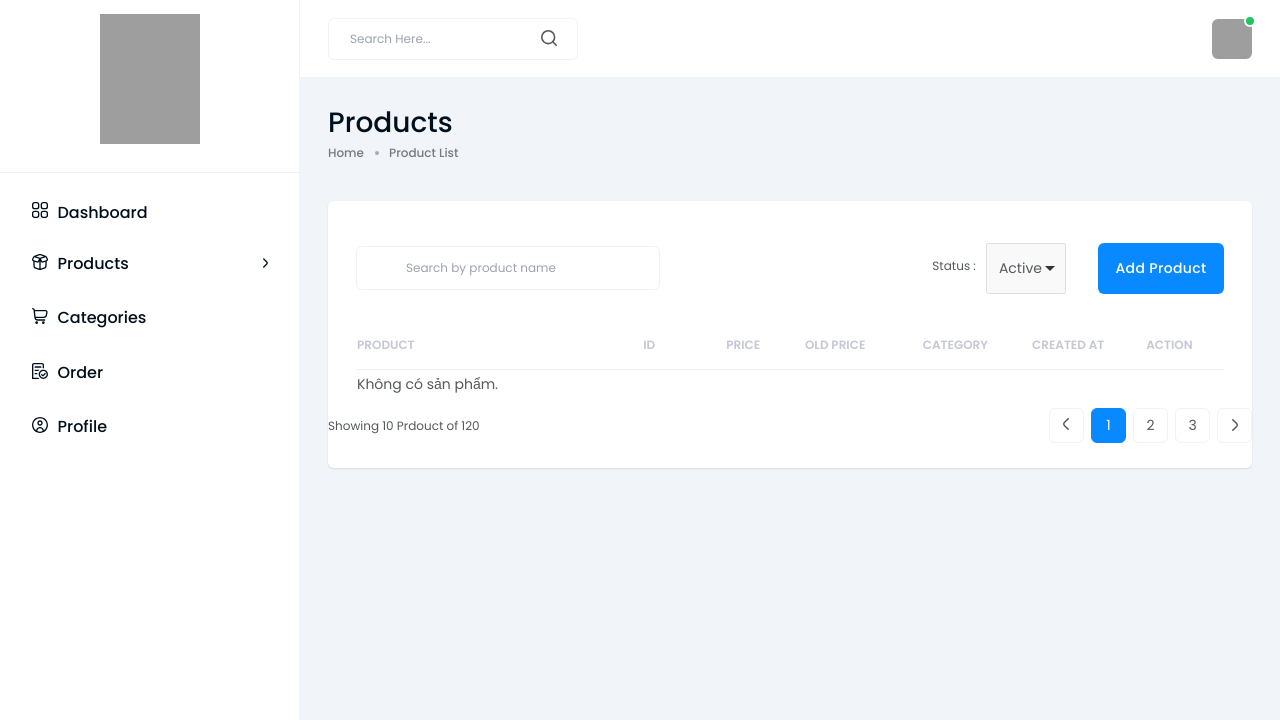
Repository: tienaq123/DuAn_1
Page: http://localhost/Duan1/Admin/product-list.php
The author's editor kept a copy of each file at every save. The page is drawn from the files as they stood at one save, then again after the next save.
The browser window is 1280 px wide. The pictures show the whole page.
Pictures or frames that could not be fetched are drawn as grey boxes. The page is run by PHP 8.4 with error messages shown; the project is at /var/www/html/. Queries for data that is not in the repository find no rows.

Above is the page before, as saved 2023-07-24 15:29:13.

After the next save:
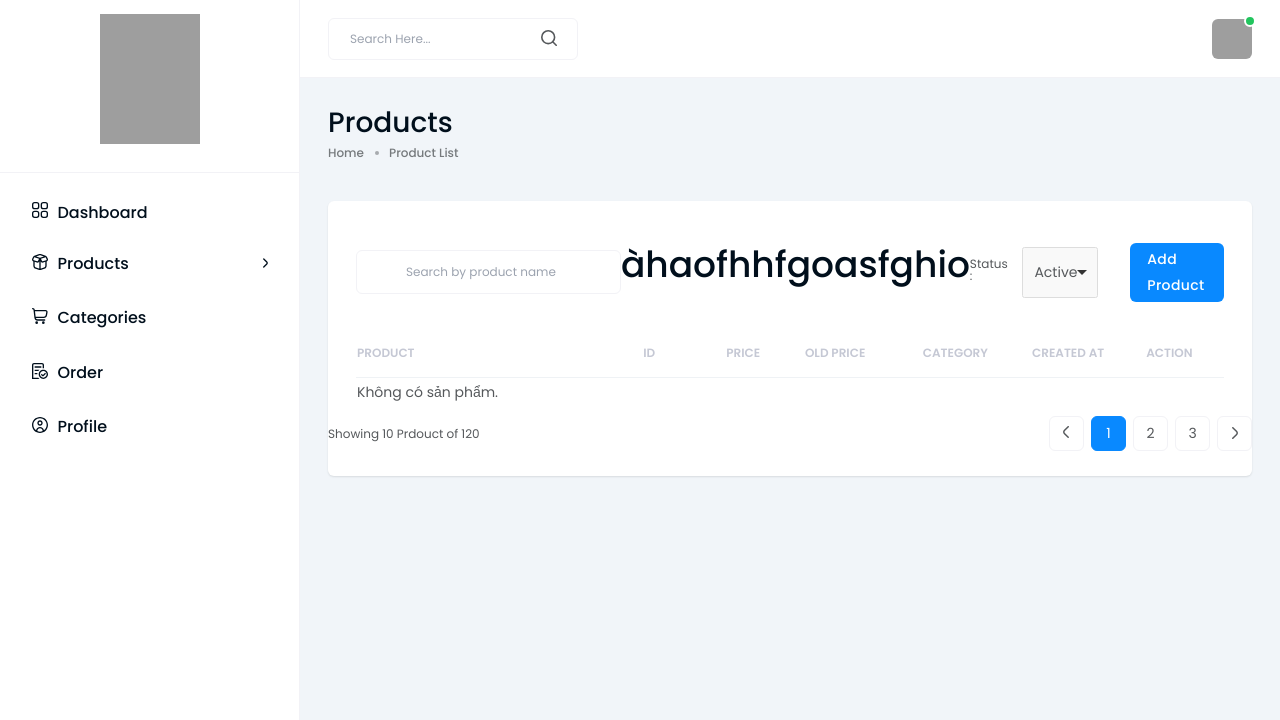
Saved 37 s later.
--- a/Admin/product-list.php
+++ b/Admin/product-list.php
@@ -160,6 +160,7 @@
 
             <div id="searchResults">
               <!-- Danh sách sản phẩm tìm thấy sẽ được hiển thị ở đây -->
+              <h2>àhaofhhfgoasfghio</h2>
             </div>
             <!--  -->
             <script>

After the 2 saves that followed:
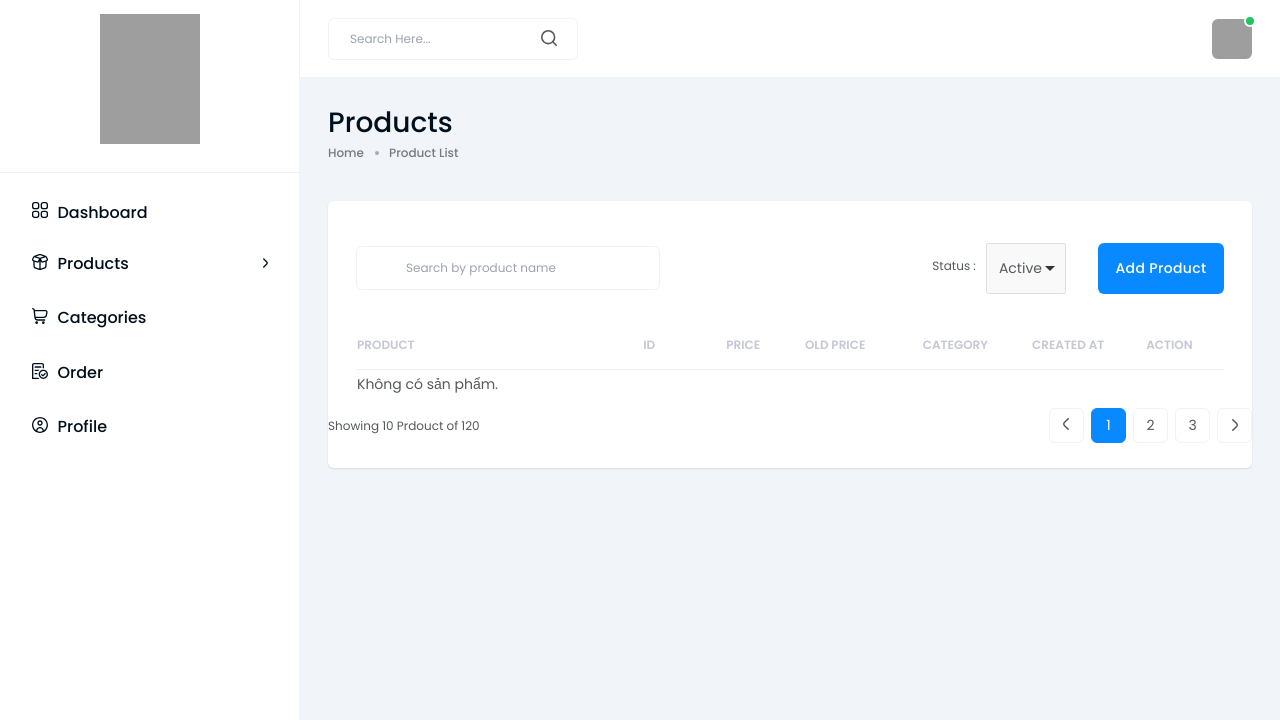
The 2 saves are shown as one change because they came seconds apart.
The last was saved 11 s later.
--- a/Admin/product-list.php
+++ b/Admin/product-list.php
@@ -160,7 +160,6 @@
 
             <div id="searchResults">
               <!-- Danh sách sản phẩm tìm thấy sẽ được hiển thị ở đây -->
-              <h2>àhaofhhfgoasfghio</h2>
             </div>
             <!--  -->
             <script>
